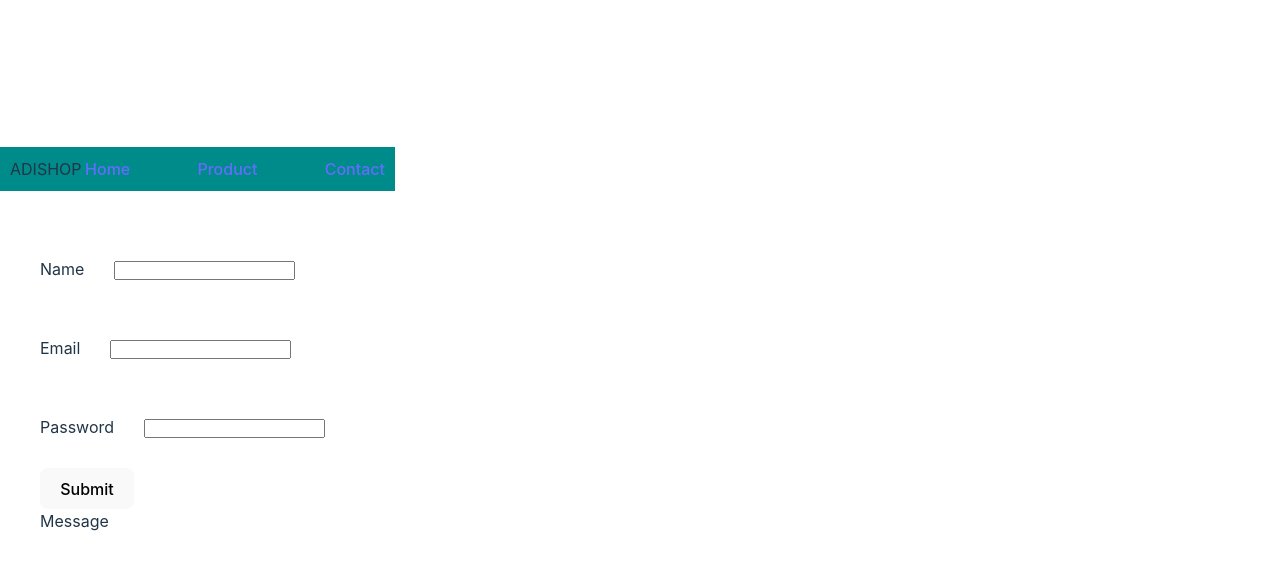
Repository: Aditya0377/React-ecommercewebsite
Page: /contact (app in ecommerce/)
These files come from the project's save history. The page is drawn as it stood at one moment and after the next save; the edit follows.
The browser window is 1280 px wide. The pictures show the whole page.
The project was rebuilt for these pictures with package versions that can differ from the ones it lists, and the page was loaded fresh each time. Also part of the build but not shown: ecommerce/vite.config.js, ecommerce/src/components/Home.jsx, ecommerce/src/components/Product.css, ecommerce/src/components/Product.jsx.

Above is the page before, as saved 2025-01-21 15:49:02.

After the next save:
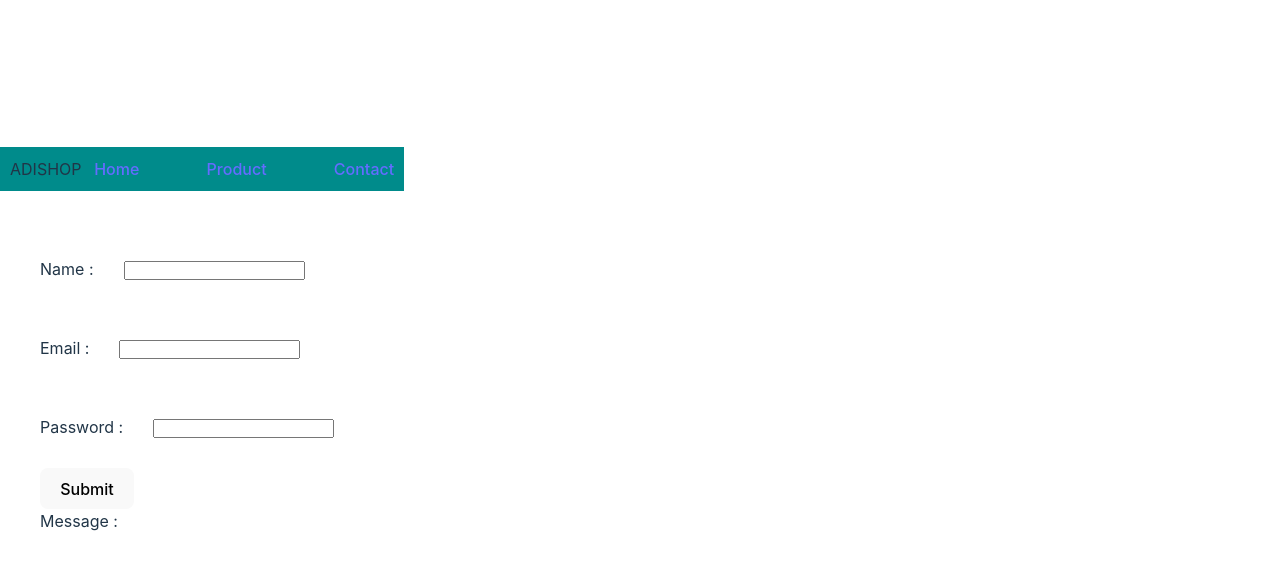
Saved 30 s later.
--- a/ecommerce/src/components/Contact.jsx
+++ b/ecommerce/src/components/Contact.jsx
@@ -4,14 +4,14 @@ const Contact = () => {
     return (
         <div className='paradiv'>
             <form className='contact'>
-                <label>Name</label>
+                <label>Name :</label>
                 <input type='text' /><br />
-                <label>Email</label>
+                <label>Email :</label>
                 <input type='email' /><br />
-                <label>Password</label>
+                <label>Password :</label>
                 <input type='password' /><br />
                 <button>Submit</button><br />
-                <label>Message</label>
+                <label>Message :</label>
                 <div className='message'> </div>
             </form>
         </div >
